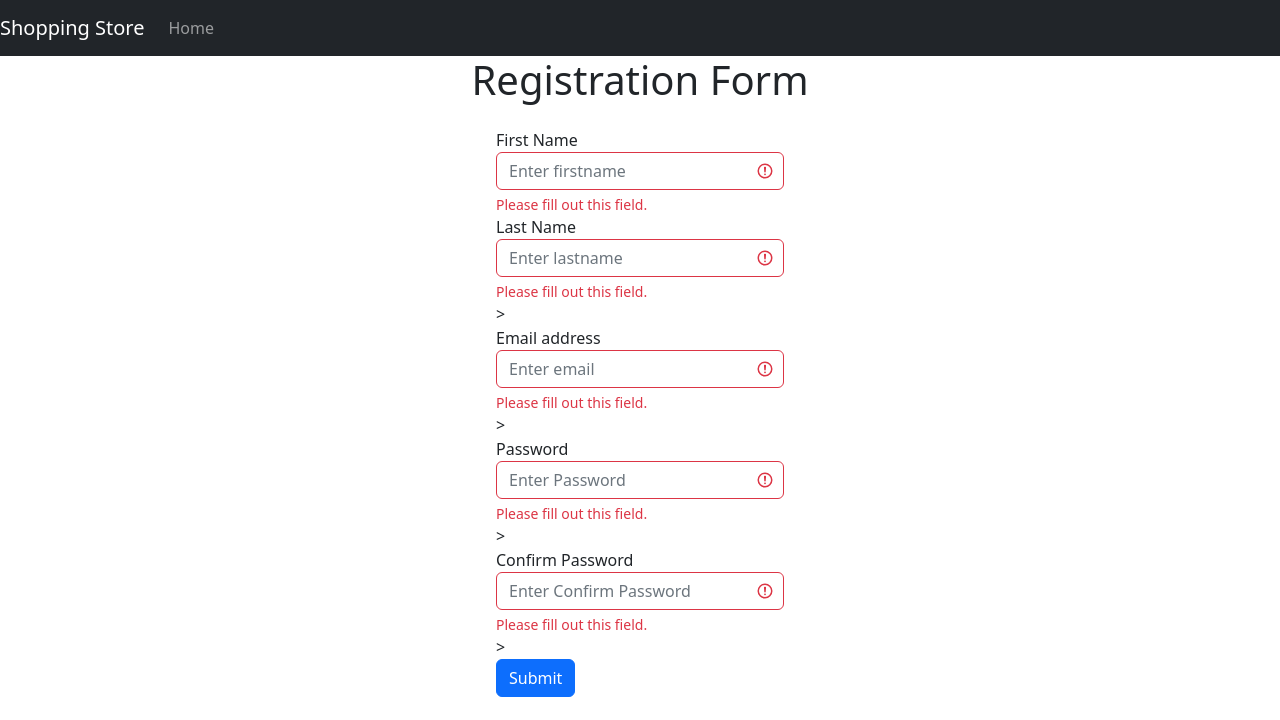
Repository: mayank-gupta0/nagarroproject
Page: http://localhost/SpringMvcServiceLayer/WEB-INF/jsp/register.jsp
The author's editor kept a copy of each file at every save. The page is drawn from the files as they stood at one save, then again after a run of saves.
The browser window is 1280 px wide. The pictures show the whole page.
The page is served by Tomcat 9. Nobody is signed in. The template is opened directly, without the code that normally fills it, so the values that code supplies are empty.

Above is the page before, as saved 2022-08-21 12:57:04.

After the next 2 saves:
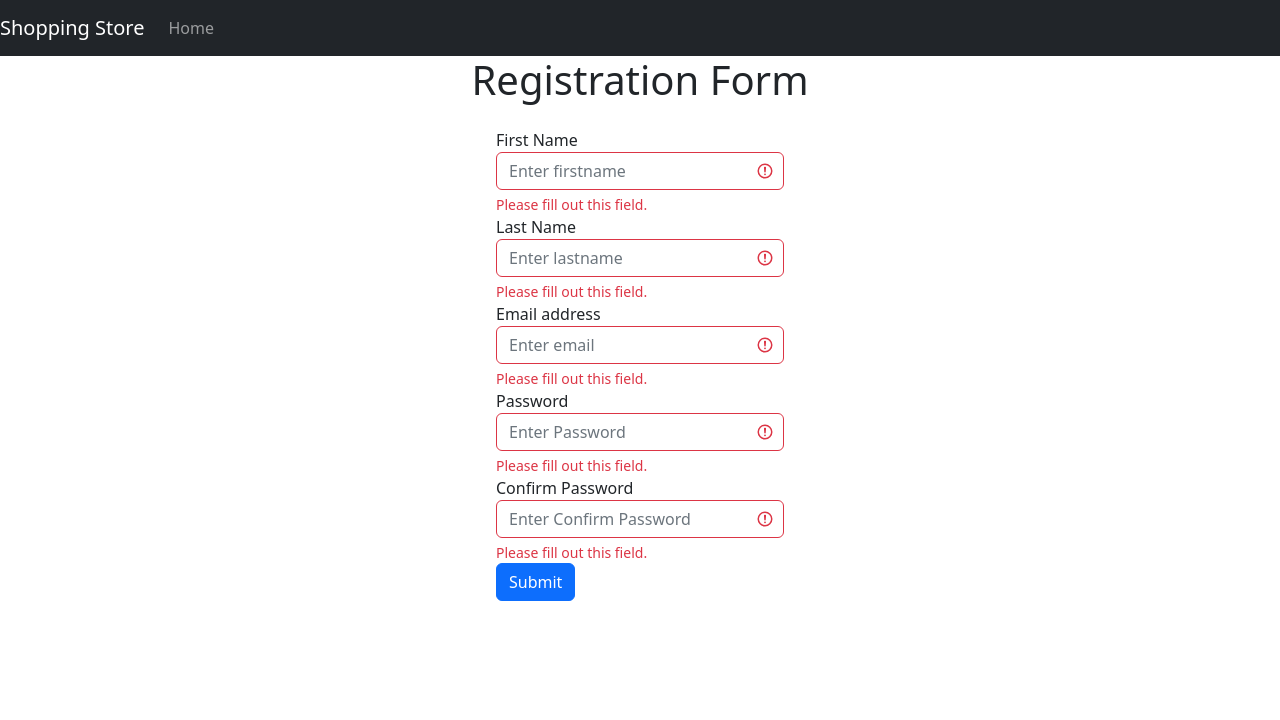
The 2 saves are shown as one change because they came seconds apart.
The last was saved 16 s later.
--- a/springmvcworkspace/SpringMvcServiceLayer/src/main/webapp/WEB-INF/jsp/register.jsp
+++ b/springmvcworkspace/SpringMvcServiceLayer/src/main/webapp/WEB-INF/jsp/register.jsp
@@ -47,7 +47,7 @@
 					type="text" class="form-control" id="exampleInputlastname"
 					placeholder="Enter lastname" name="lastName" required>
 				<div class="invalid-feedback">Please fill out this field.</div>
-				>
+
 			</div>
 
 			<div class="form-group">
@@ -56,7 +56,7 @@
 					aria-describedby="emailHelp" placeholder="Enter email" name="email"
 					required>
 				<div class="invalid-feedback">Please fill out this field.</div>
-				>
+
 			</div>
 
 			<div class="form-group">
@@ -64,7 +64,7 @@
 					type="password" class="form-control" id="exampleInputPassword1"
 					placeholder="Enter Password" name="password" required>
 				<div class="invalid-feedback">Please fill out this field.</div>
-				>
+
 			</div>
 
 			<div class="form-group">
@@ -73,7 +73,7 @@
 					placeholder="Enter Confirm Password" name="confirmPassword"
 					required>
 				<div class="invalid-feedback">Please fill out this field.</div>
-				>
+
 			</div>
 			<button type="submit" class="btn btn-primary">Submit</button>
 		</form>
